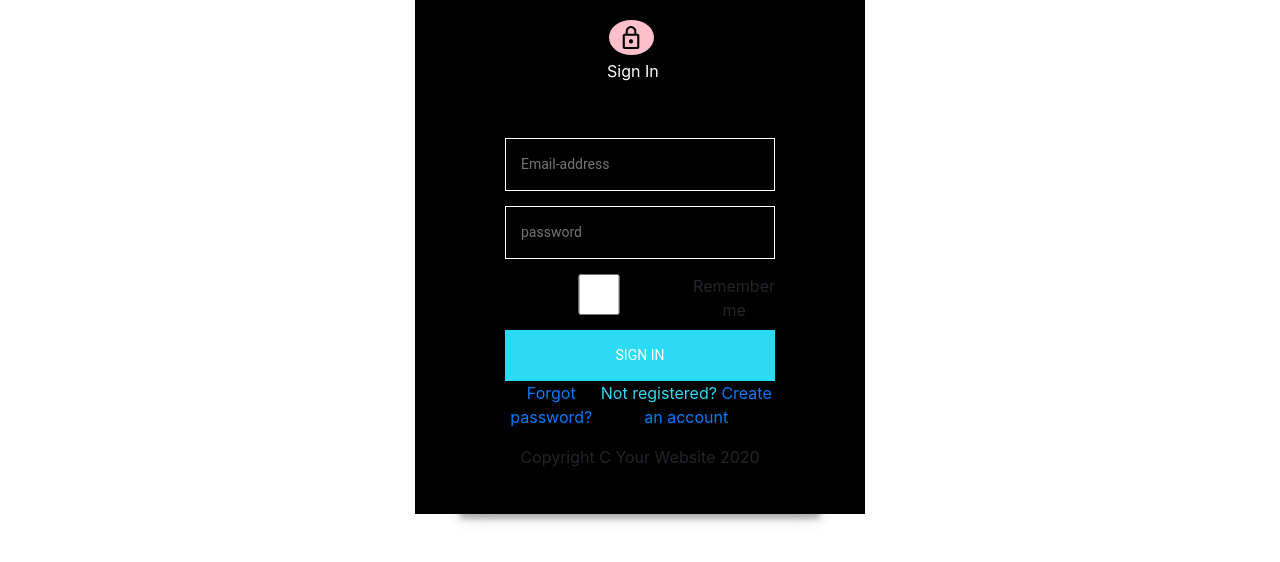
Repository: andbilous/cursor-styled-components
Page: /sign-in
An editor plug-in stored every save of this project. The page is shown before and after a run of saves, followed by the edit.
The browser window is 1280 px wide. The pictures show the whole page.
The project was rebuilt for these pictures with package versions that can differ from the ones it lists, and the page was loaded fresh each time. Also part of the build but not shown: src/App.css, src/components/SignUpForm.jsx.

Above is the page before, as saved 2020-04-19 16:09:17.

After the next 3 saves:
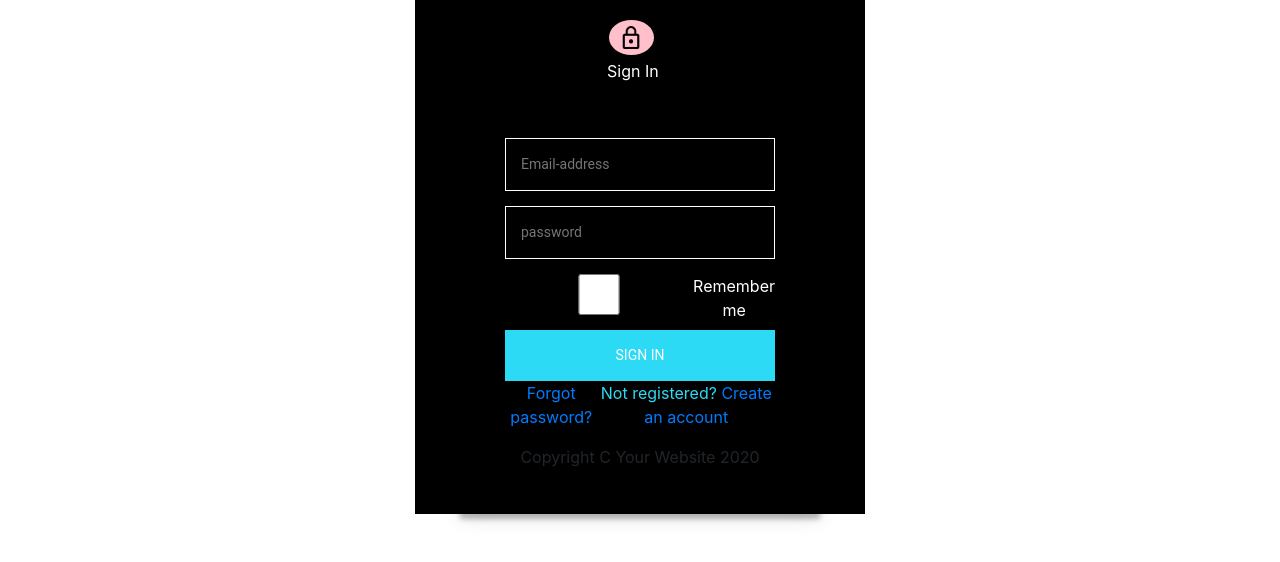
The 3 saves are shown as one change because they came seconds apart.
The last was saved 5 min 34 s later.
--- a/src/components/SignInForm.jsx
+++ b/src/components/SignInForm.jsx
@@ -103,7 +103,7 @@ body {
   display:flex
 }
 .remember{
-  justify-content: flex-start
+color:#fff;
 }
 .additional{
  color: #2cdaf5;
